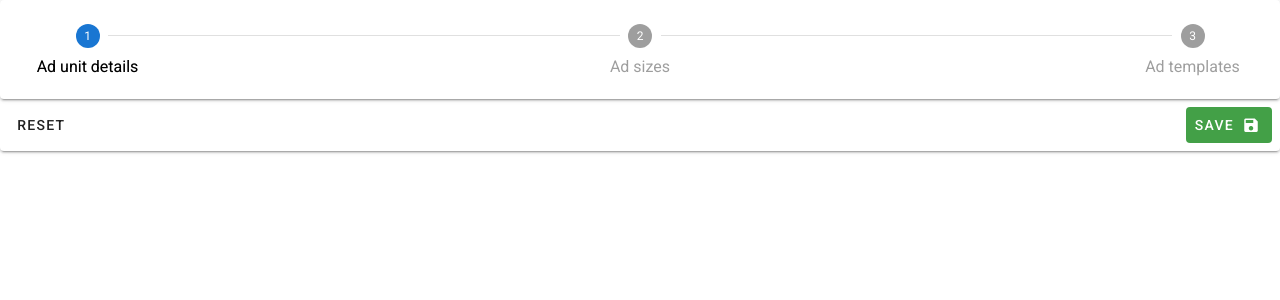
Repository: SidneyHodieb/myc
Page: /addsource
An editor plug-in stored every save of this project. The page is shown before and after the next save, followed by the edit.
The browser window is 1280 px wide. The pictures show the whole page.
The project was rebuilt for these pictures with package versions that can differ from the ones it lists, and the page was loaded fresh each time. Also part of the build but not shown: vue.config.js, src/views/Home.vue, src/views/addSource/components/format.vue, src/views/addSource/components/card.vue, src/views/addSource/components/trigger.vue.

Above is the page before, as saved 2021-04-03 18:21:17.

After the next save:
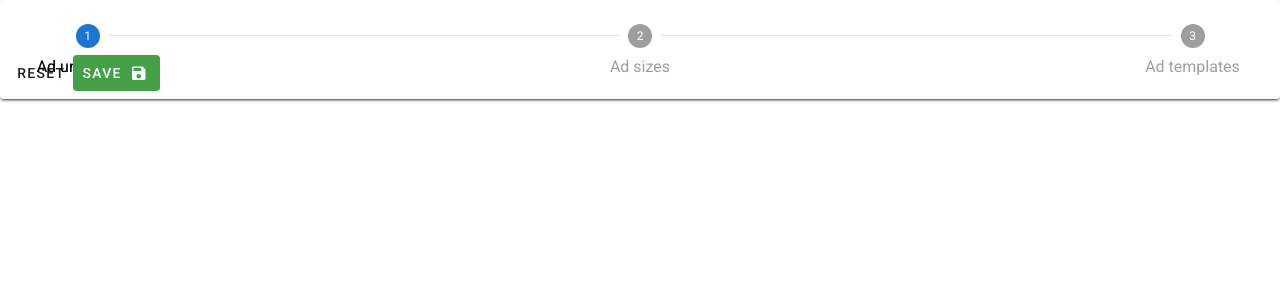
Saved 8 s later.
--- a/src/views/addSource/column.vue
+++ b/src/views/addSource/column.vue
@@ -51,7 +51,7 @@
         </v-col>
       </v-row> -->
 
-<v-card-actions style="position:relative; bottom:0">
+<v-card-actions style="position:absolute; bottom:0">
       <v-btn
         text
         @click="tree = []"

After the save that followed:
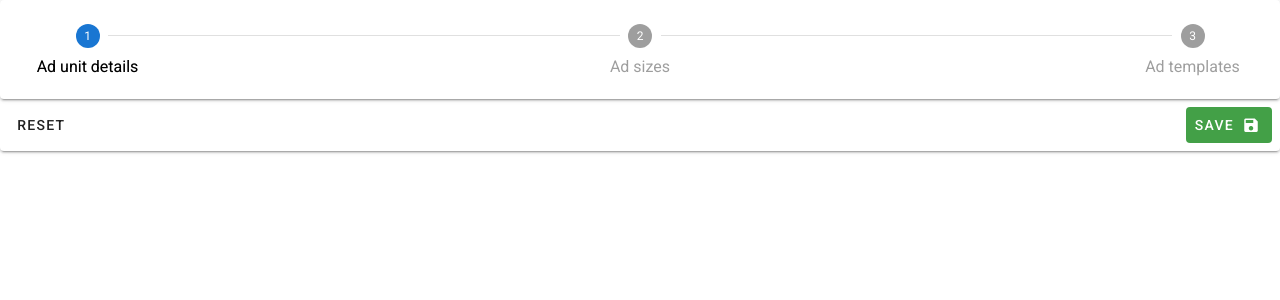
Saved 13 s later.
--- a/src/views/addSource/column.vue
+++ b/src/views/addSource/column.vue
@@ -51,7 +51,7 @@
         </v-col>
       </v-row> -->
 
-<v-card-actions style="position:absolute; bottom:0">
+<v-card-actions style="position:bottom; bottom:0">
       <v-btn
         text
         @click="tree = []"
